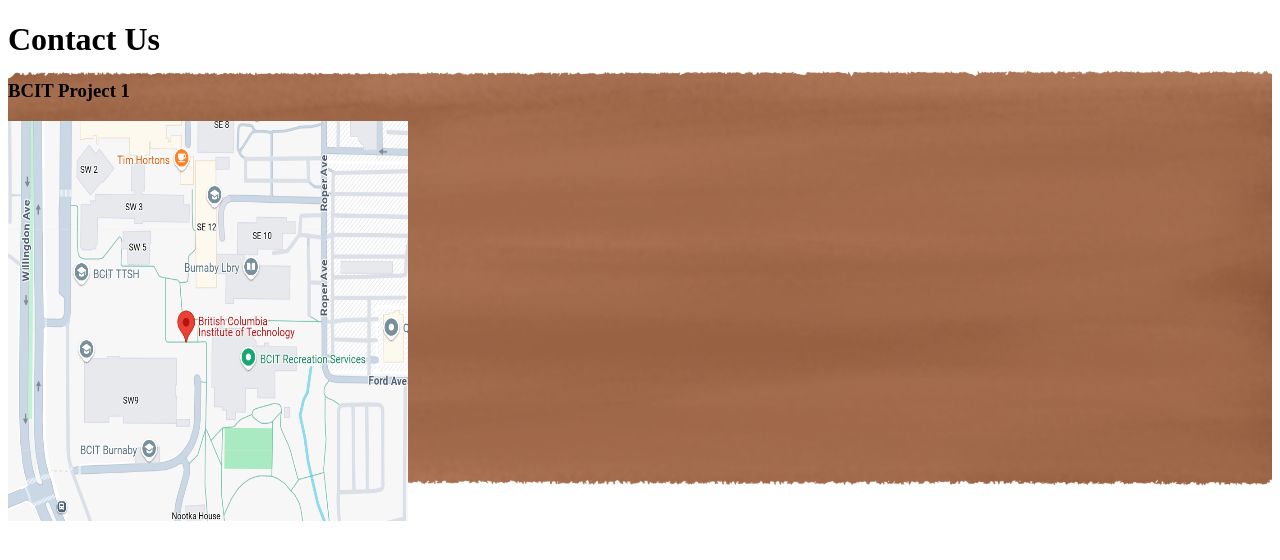
Repository: AlyssaHug/Bandit-Breakout
Page: index.html
An editor plug-in stored every save of this project. The page is shown before and after the next save, followed by the edit.
The browser window is 1280 px wide. The pictures show the whole page.
Some web fonts or font styles are not loaded; a fallback is used.

Above is the page before, as saved 2025-05-06 22:46:12.

After the next save:
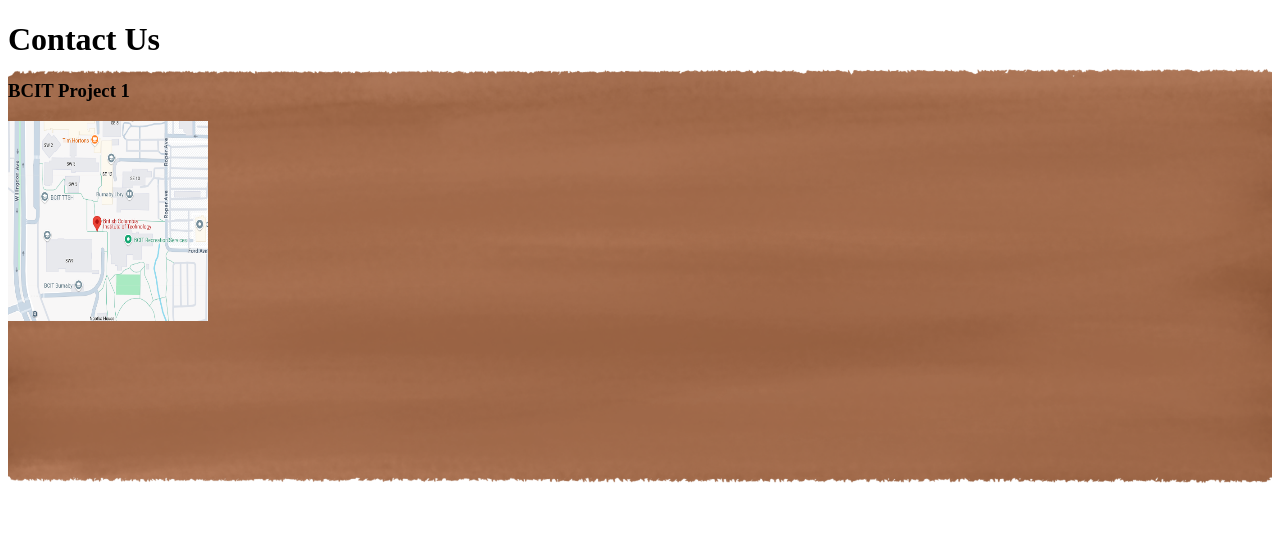
Saved 7 s later.
--- a/styles.css
+++ b/styles.css
@@ -21,8 +21,8 @@
     --font-size-caption: 11px;
 }
 .bcit-map {
-    width: 400px;
-    height: 400px;
+    width: 200px;
+    height: 200px;
 }
 footer {
     background-image: url("img/board.png");
